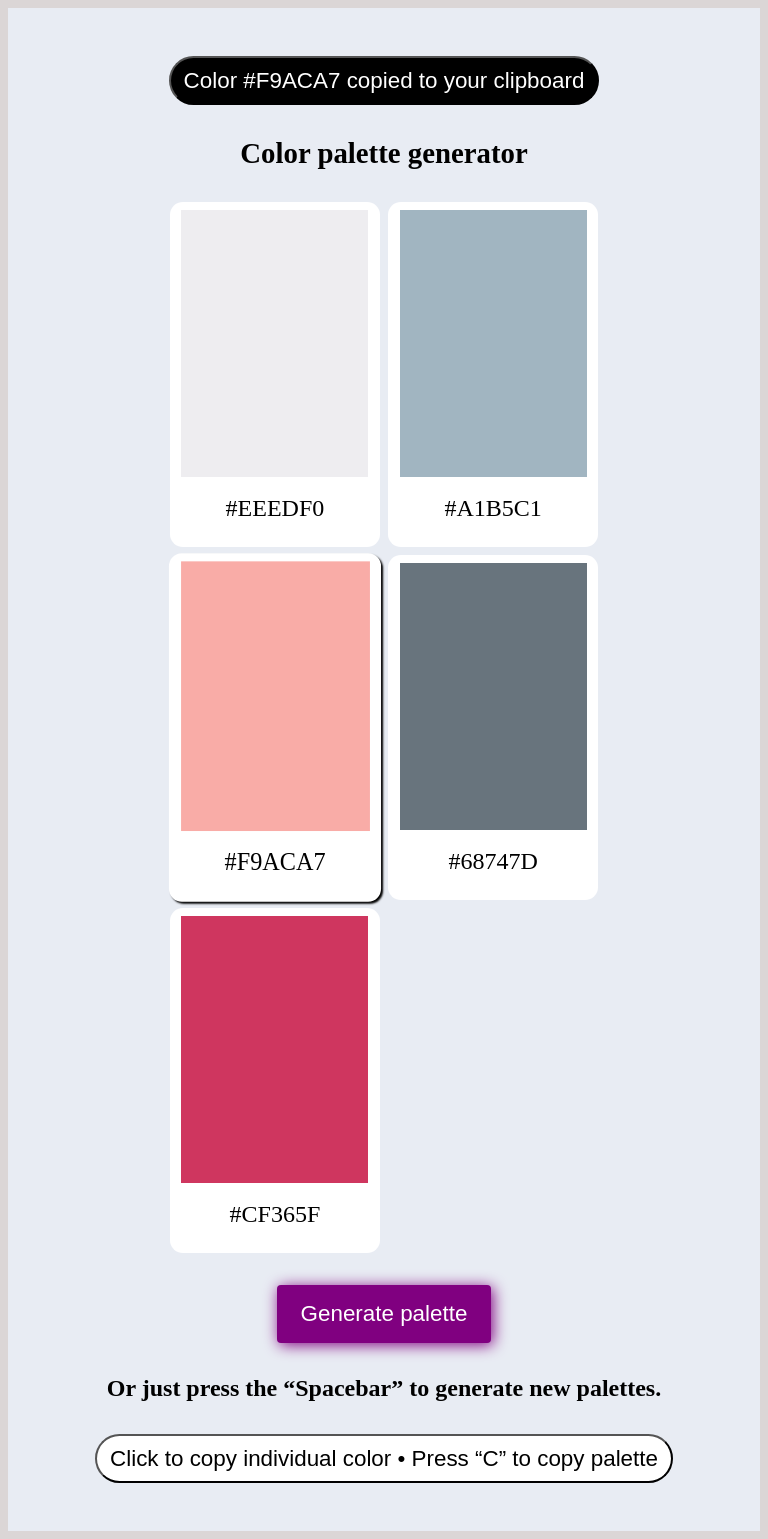
Repository: Hcmwebs/Color-Palette-Generator
Page: index.html
The author's editor kept a copy of each file at every save. The page is drawn from the files as they stood at one save, then again after the next save.
The browser window is 768 px wide. The pictures show the whole page.

Above is the page before, as saved 2020-07-07 11:59:15.

### index.html
<!DOCTYPE html>
<html lang="en">
<head>
    <meta charset="UTF-8">
    <meta name="viewport" content="width=device-width, initial-scale=1.0">
    <link rel="stylesheet" href="styles.css">
    <title>Color Pallete Generator</title>
</head>
<body>
    <div class="container">

        <button class="btn">Color #F9ACA7 copied to your clipboard</button>
        <h2>Color palette generator</h2>
        <div class="card">
            <div class="card__item">
                <div class="card__color card__color--lightPurpleish"></div>
                <div class="card__tag">#EEEDF0</div>
            </div>

            <div class="card__item">
                <div class="card__color card__color--lightBlueGreenish"></div>
                <div class="card__tag">#A1B5C1</div>
            </div>

            <div class="card__item card__item--active">
                <div class="card__color card__color--lightReddish"></div>
                <div class="card__tag">#F9ACA7</div>
            </div>

            <div class="card__item">
                <div class="card__color card__color--lightBluish"></div>
                <div class="card__tag">#68747D</div>
            </div>

            <div class="card__item">
                <div class="card__color card__color--reddish"></div>
                <div class="card__tag">#CF365F</div>
            </div>

        </div>
        <button class="btn btn--generate">Generate palette</button>
        <h3>Or just press the “Spacebar” to generate new palettes.</h3>
        <button class="btn btn--white">Click to copy individual color • Press “C” to copy palette</button>
    </div>
</body>
</html>

### styles.css
*¨{
    box-sizing: border-box;
    margin: 0;
    padding: 0;
}

body{
    font-weight: 300;
    font-size: 10px;
    display: flex;
    flex-direction: column;
    justify-content: center;
    align-items: center;
    background-color:rgba(124, 107, 107, 0.274);
}
h2,
h3{
    font-weight: light;
    margin: 2rem ;
}
h2{
    font-size: 1.8rem;
}

h3{
    font-size: 1.5rem;
}
.container{
    width: 1400px;
    max-width: 100%;
    height: auto;
    margin: auto;
    padding: 3rem 0;
    display: flex;
    flex-direction: column;
    justify-content: space-between;
    align-items: center;
    background-color:#E8ECF3;
}

.btn{
    background-color:#000;
    color:#fff;
    font-size: 1.4rem;
    border-radius: 2.5rem;
    padding: 0.6rem 0.8rem;
    cursor: pointer;
    transition: all 1s ease-in-out;
}
.btn:hover{
    transform: scale(1.01);
}
.card{
    display: grid;
    grid-template-columns: repeat(5, 1fr);
    gap: 0.5rem;
    justify-content: center;

}
.card__item{
    width: 207px;
    height: 329px;
    padding: 0.5rem 0.1rem;
    border-radius:0.8rem;
    display: flex;
    flex-direction: column;
    justify-content: space-between;
    align-items: center;
    background-color:#fff;
}
.card__item--active{
    box-shadow: 2px 2px 2px ;
    transform: scale(1.01);
}

.card__color{
    content:"";
    width: 187px ;
    height: 251px;
    padding-bottom: 1rem ;

}
.card__color--lightPurpleish{
    background-color: #EEEDF0;

}

.card__color--lightBlueGreenish{
    background-color: #A1B5C1;

}

.card__color--lightReddish{
    background-color: #F9ACA7;

}

.card__color--lightBluish{
    background-color: #68747D;

}


.card__color--reddish{
    background-color: #CF365F;

}
.card__tag{
    font-size:1.5rem;
    font-weight: 400;
    margin: auto;
}

.btn--generate{
    background-color:purple;
    color:#fff;
    border-radius:4px;
    border: none;
    margin-top: 2rem;
    padding: 1rem 1.5rem;
    cursor: pointer;
    box-shadow: 2px 2px 15px purple;
}
.btn--white{
    background-color: #fff;
    color:#000;
}
@media(max-width: 900px){
    .container{
        width: 100%;
        margin: 0 auto;
    }
    .card{
        grid-template-columns: repeat(2, 1fr);
    }
}
@media(max-width:600px){
    .container{
        min-width: 300px;
    }
    .card{
        grid-template-columns: 1fr;
    }

}

After the next save:
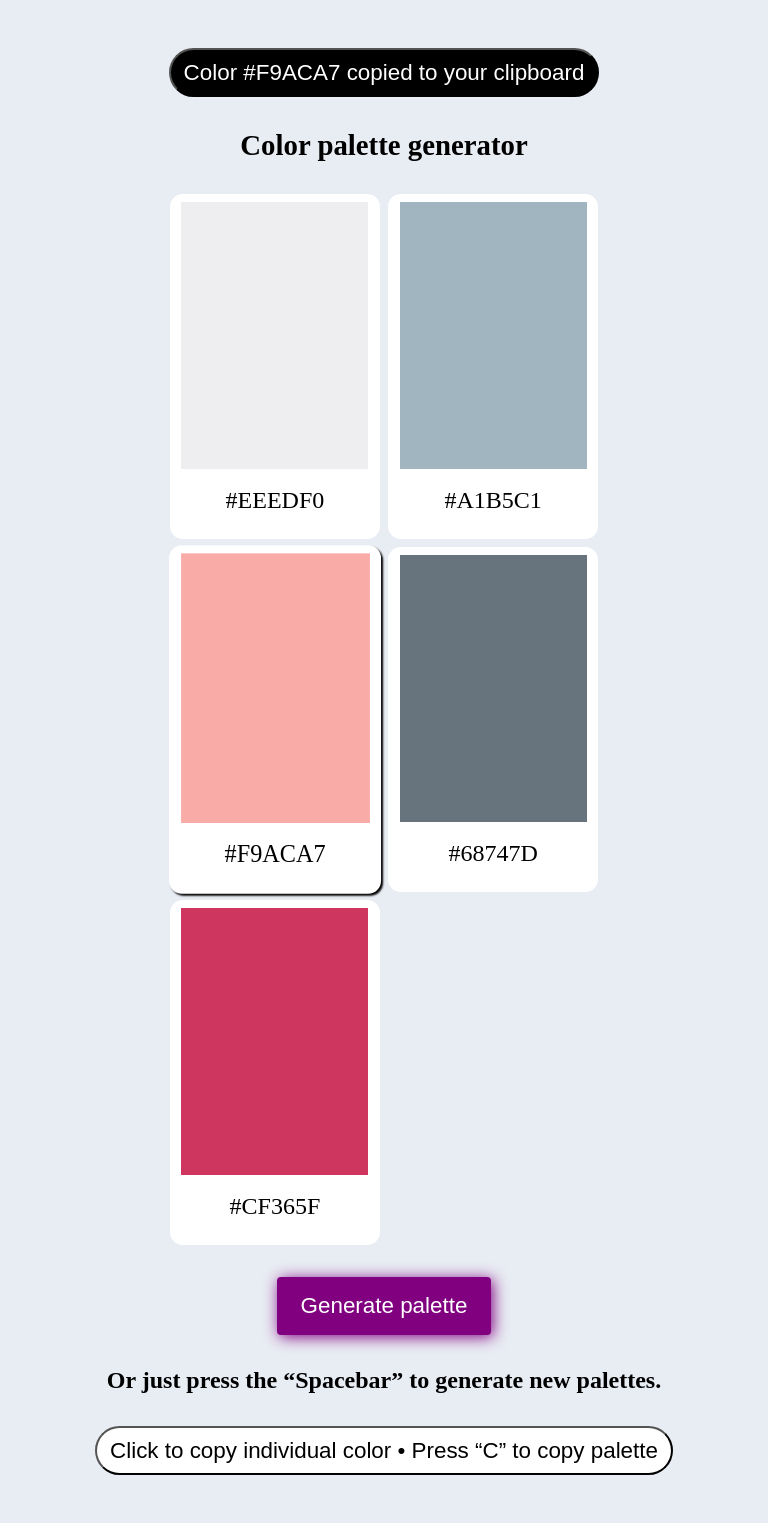
Saved 50 s later.
--- a/styles.css
+++ b/styles.css
@@ -126,6 +126,9 @@ h3{
     color:#000;
 }
 @media(max-width: 900px){
+    body{
+        margin: 0 auto;
+    }
     .container{
         width: 100%;
         margin: 0 auto;
